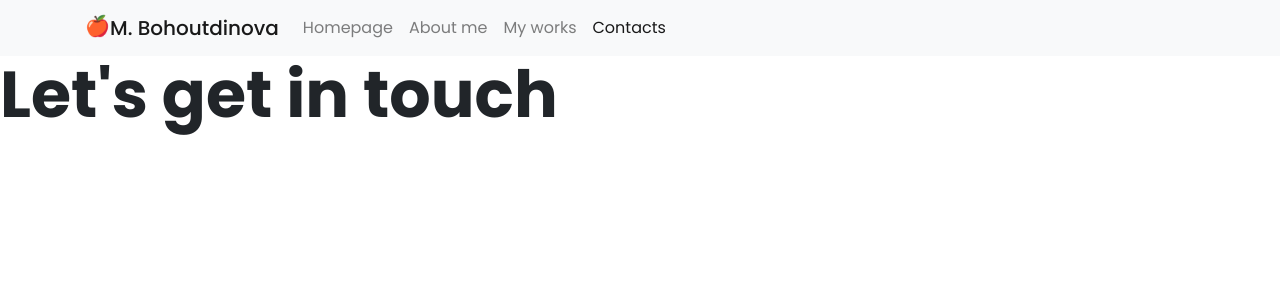
Repository: Bohoutdinova/Portfolio_week-4
Page: contact.html
An editor plug-in stored every save of this project. The page is shown before and after the next save, followed by the edit.
The browser window is 1280 px wide. The pictures show the whole page.

Above is the page before, as saved 2022-08-15 11:00:35.

### contact.html
<!DOCTYPE html>
<html lang="en">
  <head>
    <meta charset="UTF-8" />
    <meta http-equiv="X-UA-Compatible" content="IE=edge" />
    <meta name="viewport" content="width=device-width, initial-scale=1.0" />
    <title>M. Bohoutdinova - QA engineer</title>
    <meta name="description" content="Let's get in touch" />
    <link
      rel="stylesheet"
      href="https://cdn.jsdelivr.net/npm/bootstrap@4.3.1/dist/css/bootstrap.min.css"
      integrity="sha384-ggOyR0iXCbMQv3Xipma34MD+dH/1fQ784/j6cY/iJTQUOhcWr7x9JvoRxT2MZw1T"
      crossorigin="anonymous"
    />
    <script
      src="https://code.jquery.com/jquery-3.3.1.slim.min.js"
      integrity="sha384-q8i/X+965DzO0rT7abK41JStQIAqVgRVzpbzo5smXKp4YfRvH+8abtTE1Pi6jizo"
      crossorigin="anonymous"
    ></script>
    <script
      src="https://cdn.jsdelivr.net/npm/popper.js@1.14.7/dist/umd/popper.min.js"
      integrity="sha384-UO2eT0CpHqdSJQ6hJty5KVphtPhzWj9WO1clHTMGa3JDZwrnQq4sF86dIHNDz0W1"
      crossorigin="anonymous"
    ></script>
    <script
      src="https://cdn.jsdelivr.net/npm/bootstrap@4.3.1/dist/js/bootstrap.min.js"
      integrity="sha384-JjSmVgyd0p3pXB1rRibZUAYoIIy6OrQ6VrjIEaFf/nJGzIxFDsf4x0xIM+B07jRM"
      crossorigin="anonymous"
    ></script>
    <link rel="stylesheet" href="/src/style.css" />
    <link rel="preconnect" href="https://fonts.googleapis.com" />
    <link rel="preconnect" href="https://fonts.gstatic.com" crossorigin />
    <link rel="preconnect" href="https://fonts.googleapis.com" />
    <link rel="preconnect" href="https://fonts.gstatic.com" crossorigin />
    <link
      href="https://fonts.googleapis.com/css2?family=Abril+Fatface&family=Poppins:wght@100;400;500;700&display=swap"
      rel="stylesheet"
    />
  </head>
  <body>
    <nav class="navbar navbar-expand-lg navbar-light bg-light">
      <div class="container">
        <a class="navbar-brand" href="/index.html" title="Homepage"
          >M. Bohoutdinova</a
        >
        <button
          class="navbar-toggler"
          type="button"
          data-toggle="collapse"
          data-target="#navbarNav"
          aria-controls="navbarNav"
          aria-expanded="false"
          aria-label="Toggle navigation"
        >
          <span class="navbar-toggler-icon"></span>
        </button>
        <div class="collapse navbar-collapse" id="navbarNav">
          <ul class="navbar-nav">
            <li class="nav-item">
              <a class="nav-link" href="/index.html" title="Homepage"
                >Homepage <span class="sr-only">(current)</span></a
              >
            </li>
            <li class="nav-item">
              <a
                class="nav-link"
                href="/about.html"
                title="About M. Bohoutdinova"
                >About me</a
              >
            </li>
            <li class="nav-item">
              <a class="nav-link" href="/works.html" title="My works"
                >My works</a
              >
            </li>
            <li class="nav-item active">
              <a class="nav-link" href="#" title="Contact with M. Bohoutdinova"
                >Contacts</a
              >
            </li>
          </ul>
        </div>
      </div>
    </nav>
    <div class="contacts-container">
      <h1 class="head-contacts">Let's get in touch</h1>
    </div>
  </body>
</html>

### src/style.css
:root {
  --main-family-font: "Poppins", sans-serif;
  --main-color: #fa434c;
}
body {
  font-family: var(--main-family-font);
}

.navbar-brand {
  position: relative;
  padding-left: 25px;
  font-weight: 500;
}

.navbar-brand:before {
  position: absolute;
  content: "🍎";
  left: 0;
  top: 3px;
}

.navbar-brand:hover:before {
  content: "🍏";
}
.hero-page {
  text-align: center;
}

h2 {
  font-weight: 400;
}
h1 {
  font-weight: 700;
  font-size: 65px;
}
h3 {
  font-size: 25px;
  font-weight: 400;
  opacity: 70%;
}
.hero-page h3 {
  margin-bottom: 60px;
}
img {
  display: block;
  margin: 0 auto;
  text-align: center;
}
.col-sm-6 {
  padding: 0;
}
.contact-me {
  padding: 15px 25px;
  background-color: var(--main-color);
  color: white;
  font-size: 18px;
  border: 2px solid var(--main-color);
}
.contact-me:hover {
  color: var(--main-color);
  background-color: white;
  border-color: var(--main-color);
  text-decoration: none;
}
.about-app {
  text-align: center;
}
.app-name {
  font-size: 35px;
  font-weight: 700;
}
.app {
  background-color: rgb(255, 216, 216, 30%);
}
.app-description {
  padding: 15px 25px;
  margin: 30px;
  text-align: center;
}
.app-description-p {
  margin-top: 30px;
  margin-bottom: 50px;
}
.app-link {
  color: var(--main-color);
  padding: 15px 25px;
  font-size: 18px;
  border: 2px solid rgb(255, 216, 216);
}
.app-link:hover {
  text-decoration: none;
  color: black;
}
.row {
  margin-top: 50px;
}
.about-description {
  text-align: left;
}
@media (max-width: 900px) {
  h1 {
    font-size: 45px;
  }
  h3 {
    font-size: 20px;
  }
  .row {
    margin-top: 0;
  }
}
.about-page {
  text-align: center;
}
.works-app-head {
  color: black;
  opacity: 100%;
  font-size: 20px;
  font-weight: 700;
}
.works-p {
  font-size: 12px;
}

After the next save:
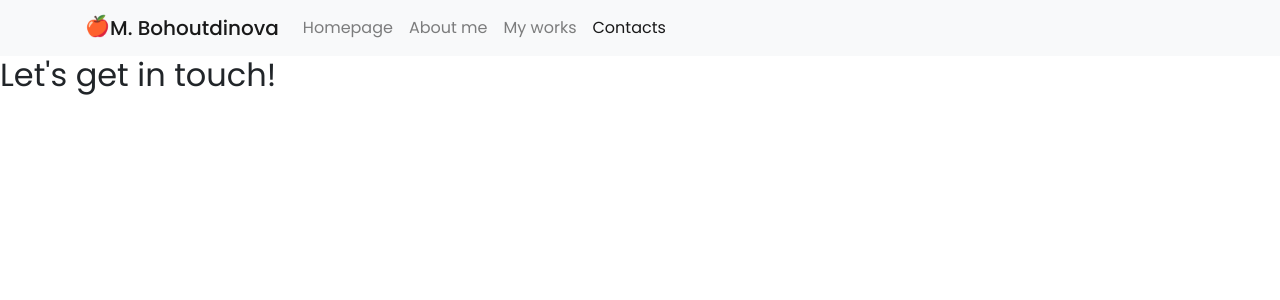
Saved 11 s later.
--- a/contact.html
+++ b/contact.html
@@ -84,7 +84,7 @@
       </div>
     </nav>
     <div class="contacts-container">
-      <h1 class="head-contacts">Let's get in touch</h1>
+      <h2 class="head-contacts">Let's get in touch!</h2>
     </div>
   </body>
 </html>

After the save that followed:
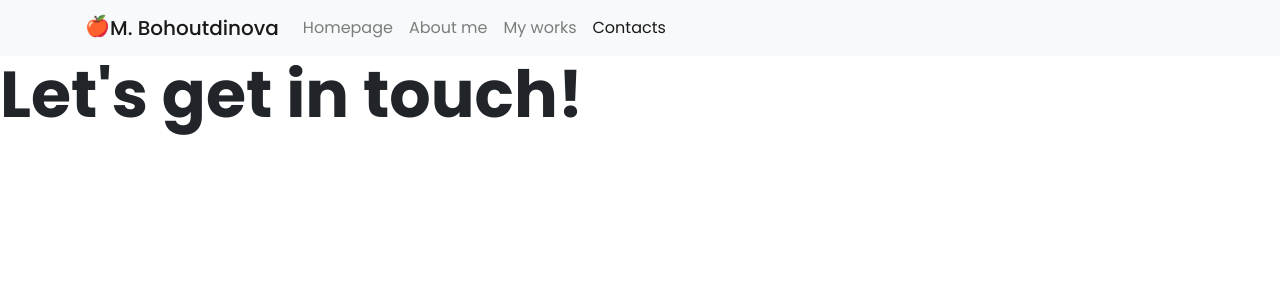
Saved 5 s later.
--- a/contact.html
+++ b/contact.html
@@ -84,7 +84,7 @@
       </div>
     </nav>
     <div class="contacts-container">
-      <h2 class="head-contacts">Let's get in touch!</h2>
+      <h1 class="head-contacts">Let's get in touch!</h1>
     </div>
   </body>
 </html>
